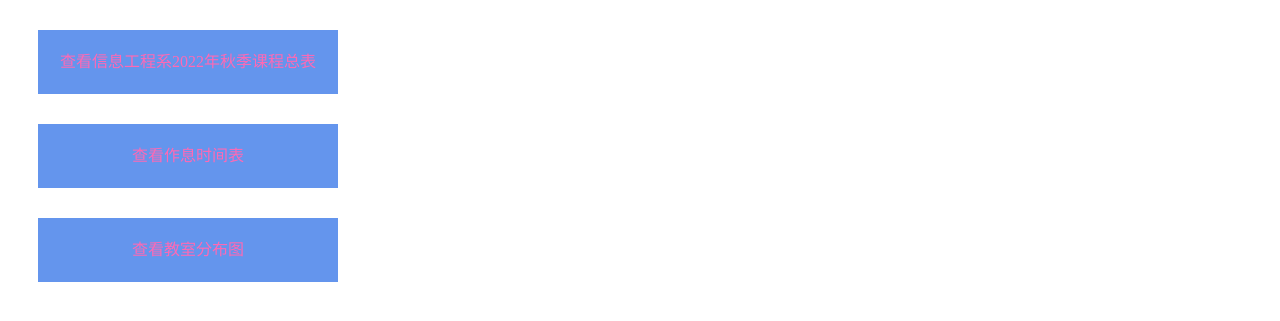
Repository: teacherlonglong/teacherlonglong.github.io
Page: index.html
An editor plug-in stored every save of this project. The page is shown before and after the next save, followed by the edit.
The browser window is 1280 px wide. The pictures show the whole page.

Above is the page before, as saved 2022-09-13 17:03:20.

### index.html
<html>

<head>
    <title>欢迎</title>
    <style>
        .mylink{
            display: block;
            text-decoration: none;
            line-height: 64px;
            height: 64px;
            background-color: cornflowerblue;
            width: 300px;
            margin:30px;
            text-align: center;
            color:hotpink;
        }
    </style>
</head>

<body>
    <a class="mylink" href="./信息工程系2022年秋季课程总表.htm">查看信息工程系2022年秋季课程总表</a>
    <a class="mylink" href="./作息时间表.htm">查看作息时间表</a>
    <a class="mylink" href="./教室分布图.htm">查看教室分布图</a>
</body>

</html>

After the next save:
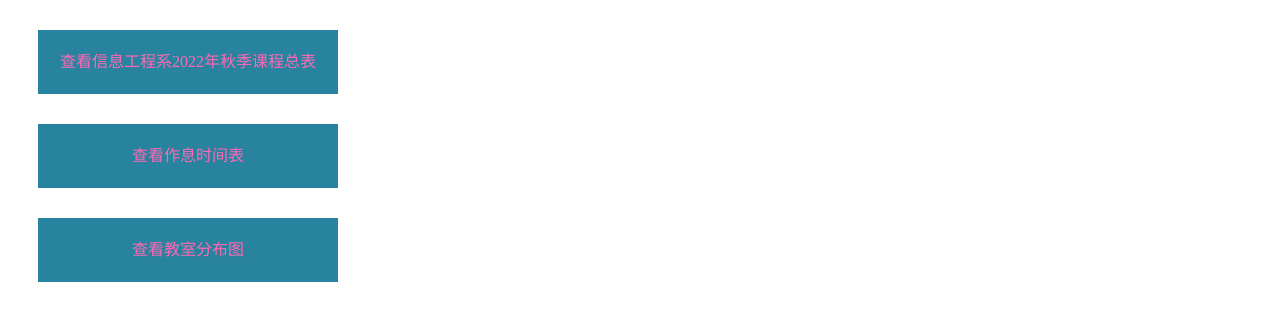
Saved 39 s later.
--- a/index.html
+++ b/index.html
@@ -8,7 +8,7 @@
             text-decoration: none;
             line-height: 64px;
             height: 64px;
-            background-color: cornflowerblue;
+            background-color: #28839F;
             width: 300px;
             margin:30px;
             text-align: center;
